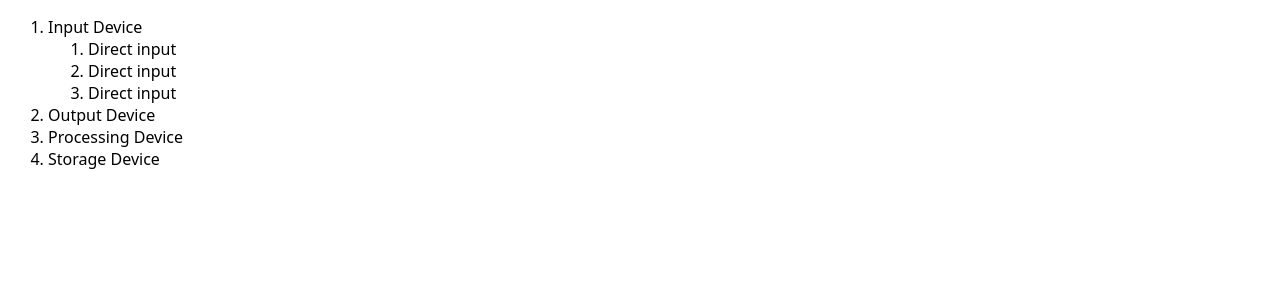
Repository: SharonSebastian32/Nested_List_in_html
Page: index.html
The author's editor kept a copy of each file at every save. The page is drawn from the files as they stood at one save, then again after a run of saves.
The browser window is 1280 px wide. The pictures show the whole page.

Above is the page before, as saved 2024-09-01 07:32:17.

### index.html
<!DOCTYPE html>
<html lang="en">
  <head>
    <meta charset="UTF-8" />
    <meta name="viewport" content="width=device-width, initial-scale=1.0" />
    <title>Document</title>
    <link rel="stylesheet" href="./Styles/Styles.css" />
  </head>
  <body>
    <ol>
      <li>Input Device</li>
      <ol>
        <li>Direct input</li>
        <li>Direct input</li>
        <li>Direct input</li>
      </ol>
      <li>Output Device</li>
      <li>Processing Device</li>
      <li>Storage Device</li>
    </ol>
  </body>
</html>

### Styles/Styles.css
*{
    font-family: system-ui, -apple-system, BlinkMacSystemFont, 'Segoe UI', Roboto, Oxygen, Ubuntu, Cantarell, 'Open Sans', 'Helvetica Neue', sans-serif;

}

After the next 3 saves:
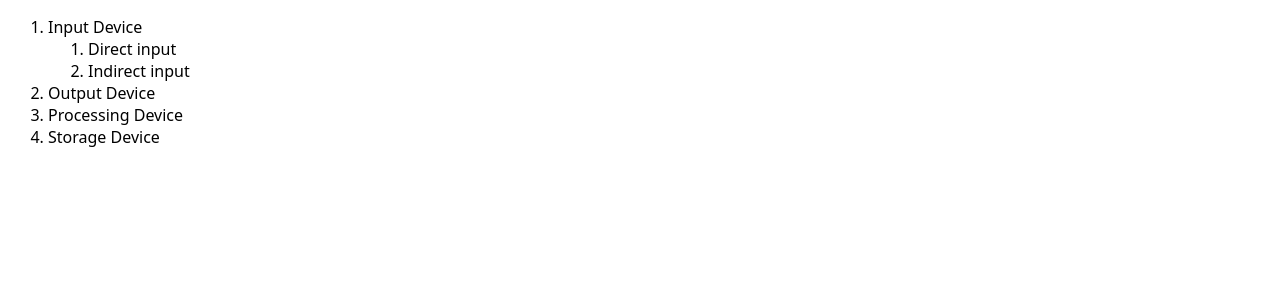
The 3 saves are shown as one change because they came seconds apart.
The last was saved 16 s later.
--- a/index.html
+++ b/index.html
@@ -11,9 +11,8 @@
       <li>Input Device</li>
       <ol>
         <li>Direct input</li>
-        <li>Direct input</li>
-        <li>Direct input</li>
-      </ol>
+        <li>Indirect input</li>
+       </ol>
       <li>Output Device</li>
       <li>Processing Device</li>
       <li>Storage Device</li>
